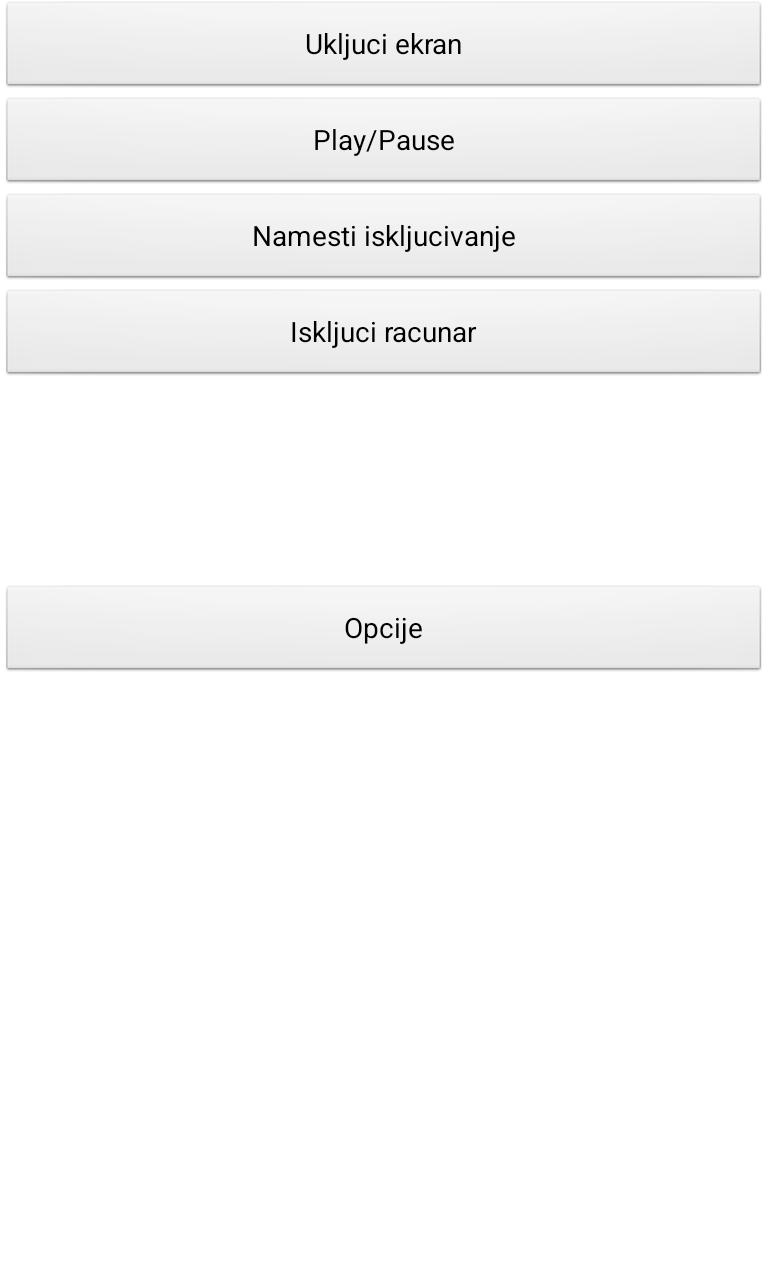
Repository: zivlakmilos/Remote_Control
Layout: RemoteControl1/AndroidRemoteControl/res/layout/main.xml
These files come from the project's save history. The layout is drawn as it stood at one moment and after the next save; the edit follows.
It is drawn on a 768 x 1280 px phone screen (xhdpi) without system bars, with theme AppTheme; the app's code is not run.

Above is the layout before, as saved 2015-06-29 11:46:23.

After the next save:
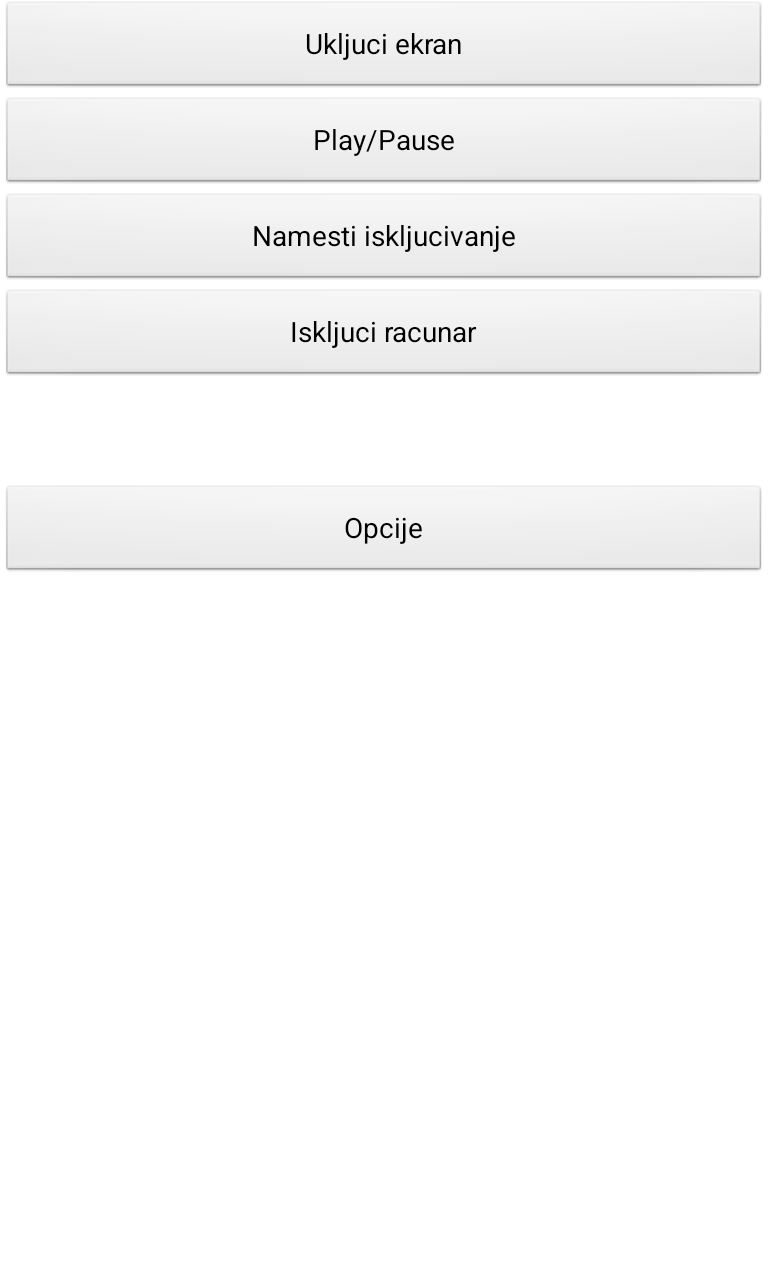
Saved 6 s later.
--- a/RemoteControl1/AndroidRemoteControl/res/layout/main.xml
+++ b/RemoteControl1/AndroidRemoteControl/res/layout/main.xml
@@ -31,6 +31,6 @@
         android:layout_width="fill_parent"
         android:layout_height="wrap_content"
         android:text="Opcije"
-        android:layout_marginTop="100"/>
+        android:layout_marginTop="100px"/>
 
 </LinearLayout>
